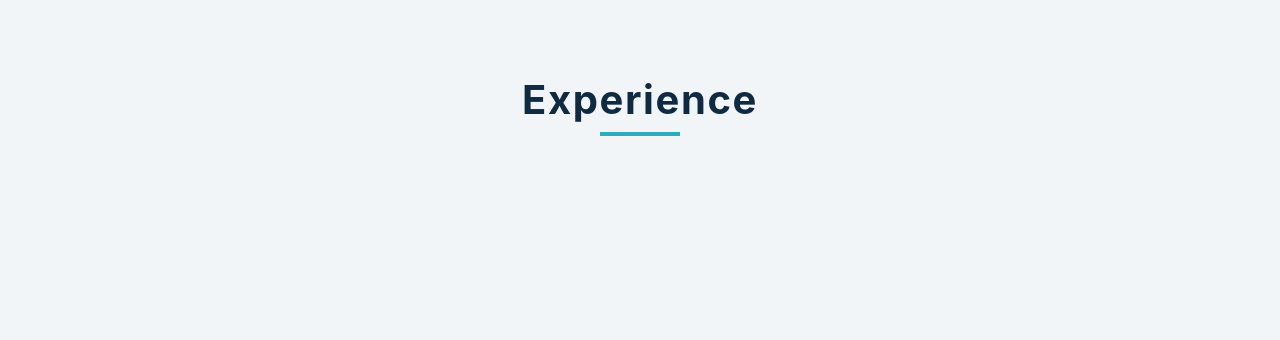
Repository: gligor99/tabs-ts-react
Page: /
These files come from the project's save history. The page is drawn as it stood at one moment and after the next save; the edit follows.
The browser window is 1280 px wide. The pictures show the whole page.
The page's requests for data from a server got no answer. The project was rebuilt for these pictures with package versions that can differ from the ones it lists, and the page was loaded fresh each time. No one was signed in, and anything a server would have sent is missing.

Above is the page before, as saved 2021-11-25 19:37:16.

### src/App.tsx
import { useEffect, useState } from "react";

const url = "https://course-api.com/react-tabs-project";

type DataProps = {
  company: string;
  dates: string;
  duties: [];
  title: string;
  id: string;
  order: number;
};

function App() {
  const [isLoading, setIsLoading] = useState(false);
  const [data, setData] = useState<DataProps[]>();
  const [value, setValue] = useState(0);

  const fetchData = async (url: string) => {
    setIsLoading(true);
    try {
      const response = await fetch(url);
      const data = await response.json();
      if (data) setData(data);
    } catch (error) {
      console.log(error);
    }
    setIsLoading(false);
  };

  useEffect(() => {
    fetchData(url);
  }, []);

  if (isLoading)
    return (
      <section className="section loading">
        <h1>Loading ...</h1>
      </section>
    );

  return (
    <section className="section">
      <div className="title">
        <h2>Experience</h2>
        <div className="underline"></div>
      </div>
      <div className="jobs-center">
        <div className="btn-container">
          {data?.map((item, index) => {
            return (
              <button
                className="job-btn"
                key={item.id}
                onClick={() => setValue(index)}
              >
                {item.company}
              </button>
            );
          })}
        </div>
        <article className="job-info"></article>
      </div>
    </section>
  );
}

export default App;

Loaded but not shown: public/index.html (common file); src/index.tsx (common file); src/index.css (common file)

After the next save:
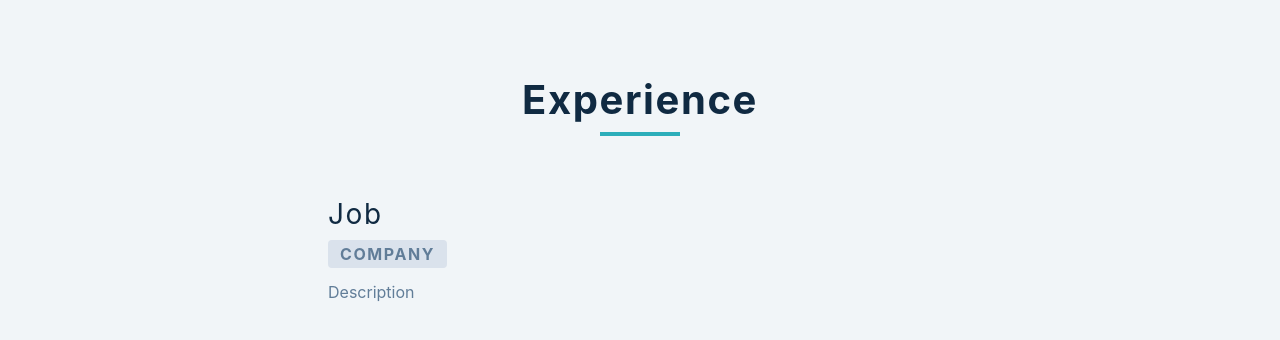
Saved 114 s later.
--- a/src/App.tsx
+++ b/src/App.tsx
@@ -59,7 +59,11 @@ function App() {
             );
           })}
         </div>
-        <article className="job-info"></article>
+        <article className="job-info">
+          <h3>Job</h3>
+          <h4>Company</h4>
+          <p>Description</p>
+        </article>
       </div>
     </section>
   );
